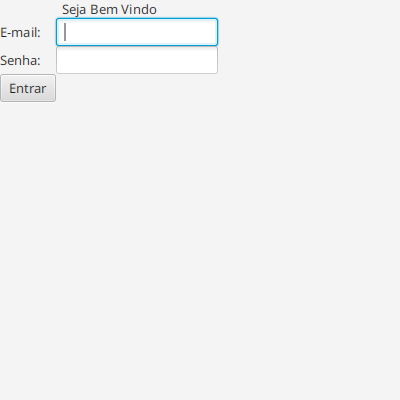
Repository: AlanVidalll/Curso-Java-Completo
Program's window: java exercicios-javafx/src/fxmll/AppFXML.java
The author's editor kept a copy of each file at every save. The program's window is drawn from the files as they stood at one save, then again after the next save.
It runs on Java 21 on a 1366 x 768 screen with JavaFX 11; the title bar is not drawn.

Above is the program's window before, as saved 2020-04-12 13:03:19.

### exercicios-javafx/src/fxmll/AppFXML.java
package fxmll;

import java.net.URL;

import javafx.application.Application;
import javafx.fxml.FXMLLoader;
import javafx.scene.Scene;
import javafx.scene.layout.GridPane;
import javafx.stage.Stage;

public class AppFXML extends Application{

	@Override
	public void start(Stage primaryStage) throws Exception {
		String arquivoCSS = getClass().getResource("/fxmll/Login.css").toExternalForm();
		URL arquivoFXML = getClass().getResource("/fxmll/Login.fxml");
        GridPane rais = FXMLLoader.load(arquivoFXML);

		Scene cena = new Scene(rais,400,400);
		cena.getStylesheets().add(arquivoCSS);

		primaryStage.setResizable(false);
		primaryStage.setTitle("Tela de Login");
		primaryStage.setScene(cena);
		primaryStage.show();
	}

	public static void main(String[] args) {
		launch(args);
	}

}

### exercicios-javafx/src/fxmll/LoginControlador.java
package fxmll;

import javafx.fxml.FXML;
import javafx.scene.control.PasswordField;
import javafx.scene.control.TextField;

public class LoginControlador {


	@FXML
	private TextField campoEmail;
	@FXML
	private PasswordField campoSenha;

	public void entrar() {
		boolean emailValido = campoEmail.getText().equals("alanvidal@gmail.com");
		boolean senhaValida = campoSenha.getText().equals("123456");


		if(emailValido && senhaValida) {

			System.out.println("Sucesso");
		}else {

			System.out.println("Invalido");
		}
}
}

### exercicios-javafx/src/fxmll/Login.fxml
<?xml version="1.0" encoding="UTF-8"?>

<?import javafx.scene.layout.*?>
<?import javafx.scene.control.*?>

<GridPane xmlns:fx="http://javafx.com/fxml/1"
fx:controller="fxmll.LoginControlador"
styleClass="Login">

<Label text="Seja Bem Vindo"
		GridPane.columnIndex="0" GridPane.rowIndex="0"
		 GridPane.columnSpan="2" GridPane.halignment= "CENTER">
		 </Label>

	<Label text="E-mail:"
		GridPane.columnIndex="0" GridPane.rowIndex="1"></Label>
		<TextField fx:id="campoEmail"
		GridPane.columnIndex="1" GridPane.rowIndex="1"></TextField>

	<Label text="Senha:"
		GridPane.columnIndex="0" GridPane.rowIndex="2"></Label>
	<PasswordField fx:id="campoSenha"
		GridPane.columnIndex="1" GridPane.rowIndex="2"></PasswordField>

	<Button text="Entrar"
	GridPane.columnIndex="0" GridPane.rowIndex="3"
	onAction="#entrar">
	</Button>
</GridPane>

### exercicios-javafx/src/fxmll/Login.css
.login{

	-fx-background-color: linear-gradient(to right, rgb(41, 128, 185), rgb(109, 213, 250), rgb(255, 255, 255));
}

After the next save:
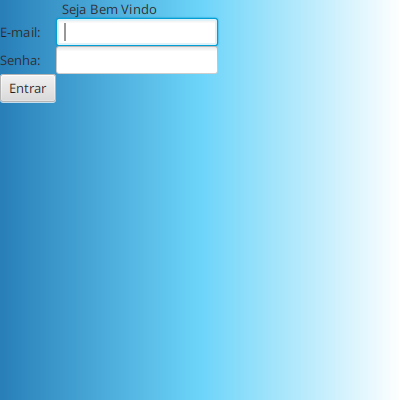
Saved 77 s later.
--- a/exercicios-javafx/src/fxmll/Login.fxml
+++ b/exercicios-javafx/src/fxmll/Login.fxml
@@ -5,7 +5,7 @@
 
 <GridPane xmlns:fx="http://javafx.com/fxml/1"
 fx:controller="fxmll.LoginControlador"
-styleClass="Login">
+styleClass="login">
 
 <Label text="Seja Bem Vindo"
 		GridPane.columnIndex="0" GridPane.rowIndex="0"
